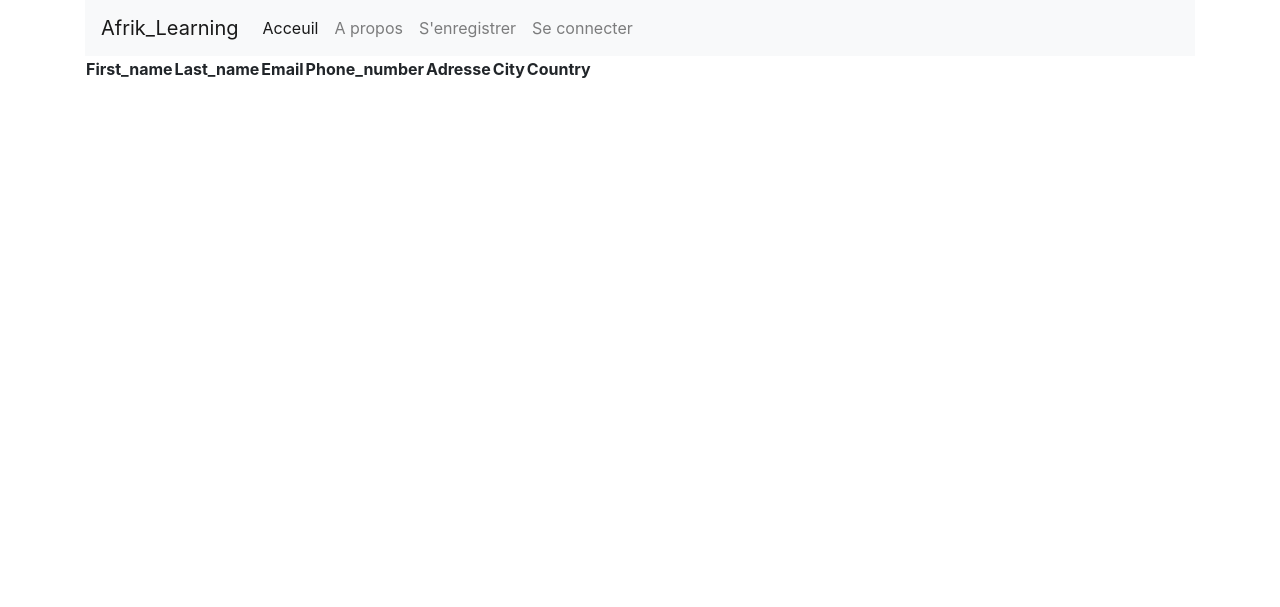
Repository: ZombreChristian/Di-Bootcamp
Page: http://localhost/
An editor plug-in stored every save of this project. The page is shown before and after the next save, followed by the edit.
The browser window is 1280 px wide. The pictures show the whole page.
Some web libraries are served in a nearby version. The page is served by the project's application, run on Django 4.2 (manage.py).

Above is the page before, as saved 2023-01-06 02:29:00.

After the next save:
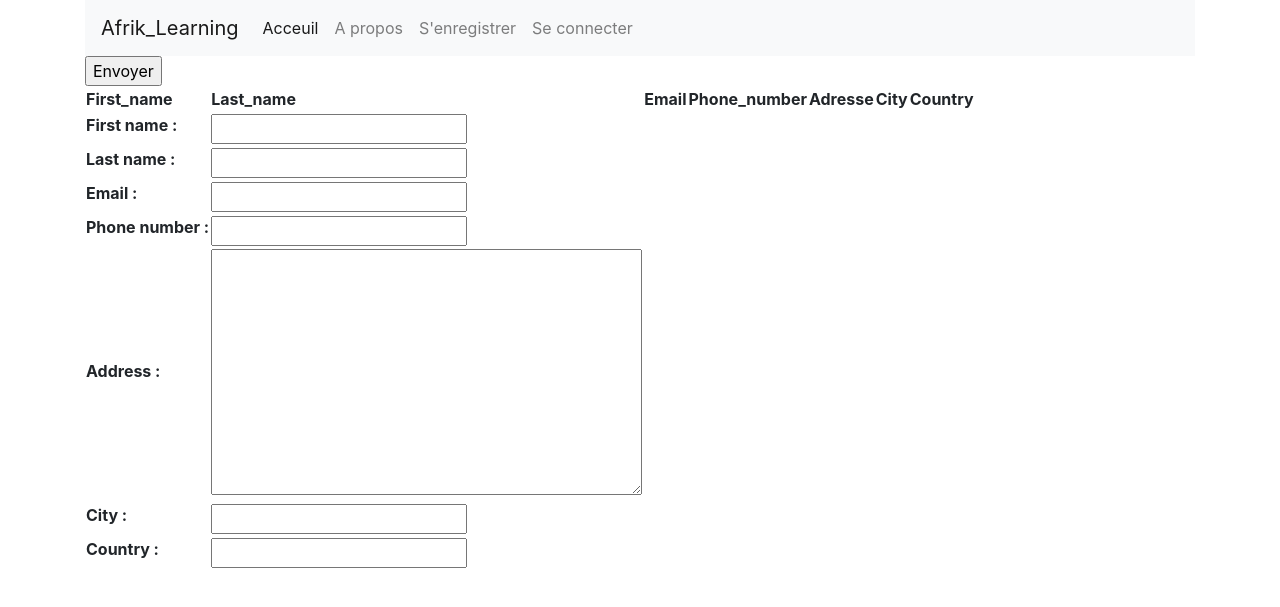
Saved 14 s later.
--- a/Week-8/Day-5/exercice/Mini-projet/rent/templates/rent/ajoutclient.html
+++ b/Week-8/Day-5/exercice/Mini-projet/rent/templates/rent/ajoutclient.html
@@ -28,7 +28,14 @@
         {% endfor %}
 
 
+        <tr>
+            <form action = "" method = "post">
+                 {% csrf_token %}
+                 {{form.as_table}}
+                 <input type ="submit" value ="Envoyer">
+            </form>
 
+        </tr>
 
 </table>
 

After the save that followed:
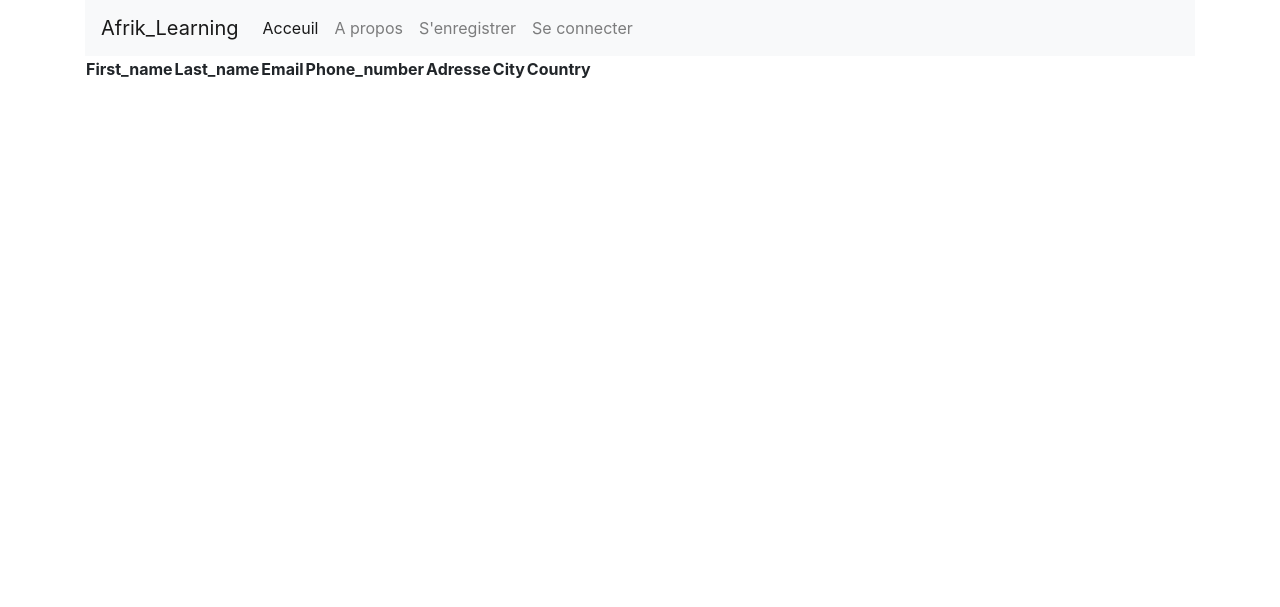
Saved 67 s later.
--- a/Week-8/Day-5/exercice/Mini-projet/rent/templates/rent/ajoutclient.html
+++ b/Week-8/Day-5/exercice/Mini-projet/rent/templates/rent/ajoutclient.html
@@ -28,14 +28,6 @@
         {% endfor %}
 
 
-        <tr>
-            <form action = "" method = "post">
-                 {% csrf_token %}
-                 {{form.as_table}}
-                 <input type ="submit" value ="Envoyer">
-            </form>
-
-        </tr>
 
 </table>
 
